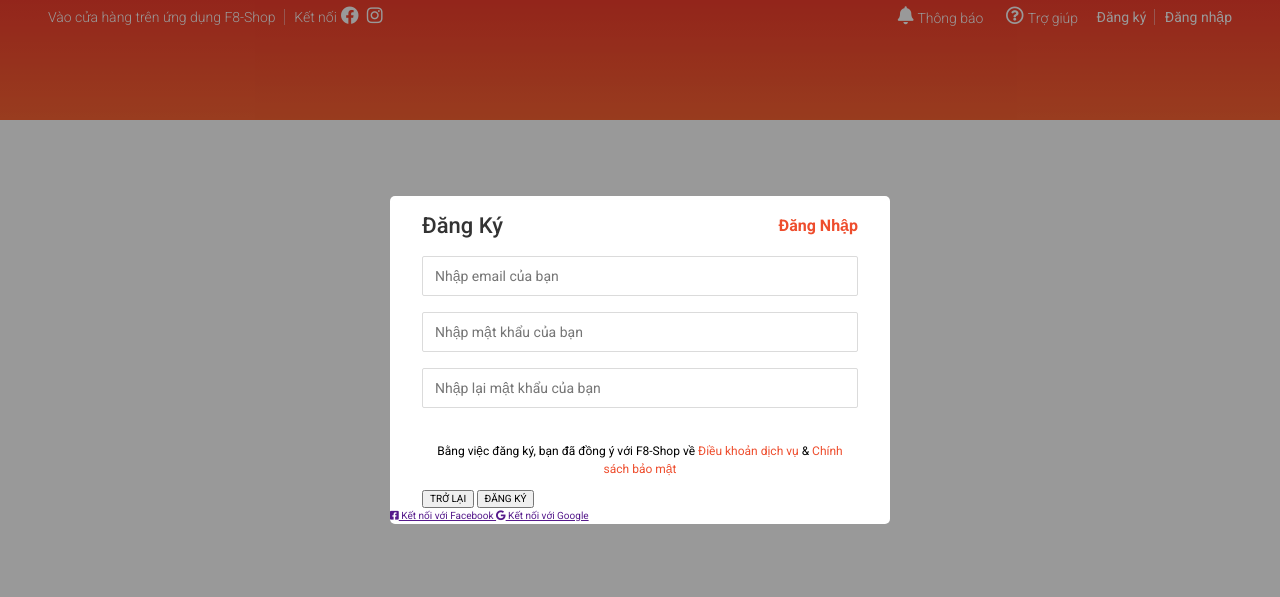
Repository: huynhnhan112/Shopee_Homepage
Page: index.html
The author's editor kept a copy of each file at every save. The page is drawn from the files as they stood at one save, then again after the next save.
The browser window is 1280 px wide. The pictures show the whole page.

Above is the page before, as saved 2021-11-19 14:28:46.

After the next save:
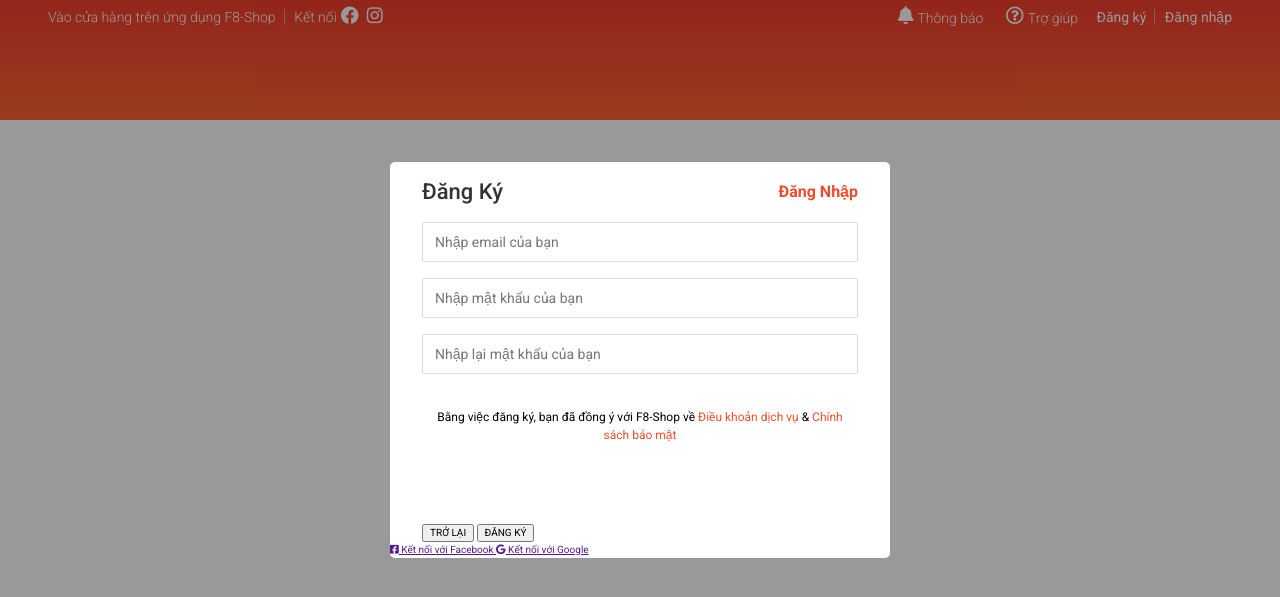
Saved 52 s later.
--- a/assets/css/style.css
+++ b/assets/css/style.css
@@ -305,3 +305,7 @@
     text-decoration: none;
     color: var(--primary-color);
 }
+
+.auth-form__controls{
+    margin-top: 80px;
+}
